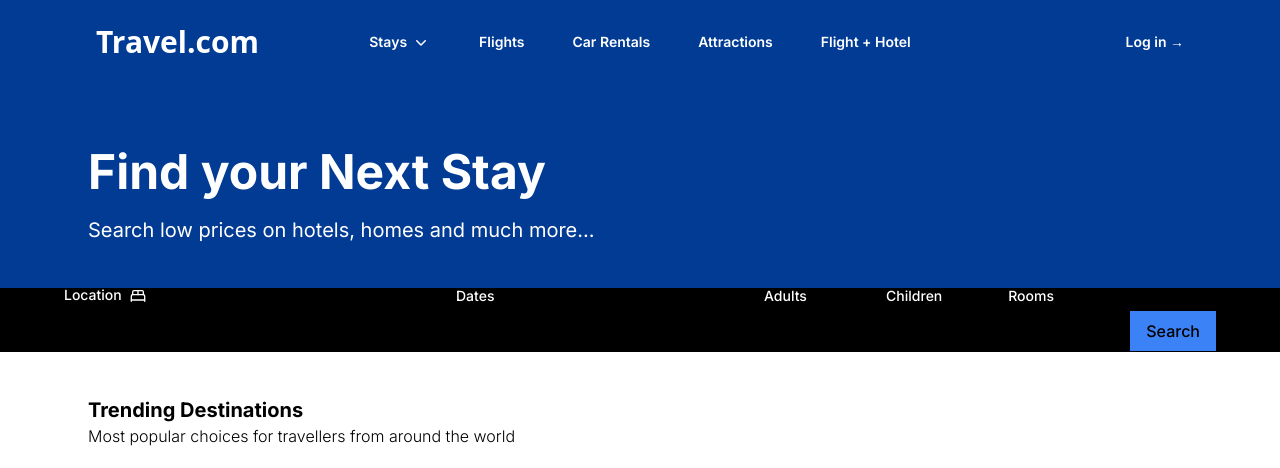
Repository: Qu4ntumGuy/booking
Page: /
An editor plug-in stored every save of this project. The page is shown before and after the next save, followed by the edit.
The browser window is 1280 px wide. The pictures show the part of the page from y = 0 to 468 px (the page is 920 px tall).
Pictures or frames that could not be fetched are drawn as grey boxes. The project was rebuilt for these pictures with package versions that can differ from the ones it lists, and the page was loaded fresh each time. The framework's server and built-in components were replaced by stand-ins that run in the browser. Also part of the build but not shown: next.config.mjs, components/ui/calendar.tsx.

Above is the page before, as saved 2024-07-03 16:28:10.

### app/layout.tsx
import type { Metadata } from "next";
import { Inter } from "next/font/google";
import "./globals.css";
import Header from "@/components/Header";

const inter = Inter({ subsets: ["latin"] });

export const metadata: Metadata = {
  title: "Travel-App",
  description: "Generated by create next app",
};

export default function RootLayout({
  children,
}: Readonly<{
  children: React.ReactNode;
}>) {
  return (
    <html lang="en">
      <body className={inter.className}>
      <Header />

        {children}</body>
    </html>
  );
}

### app/page.tsx
import Image from "next/image";
import { trending_data } from "@/data/trending";
import SearchForm from "@/components/SearchForm";

export default function Home() {
  return (
    <main className="">
      <section className="bg-[#013B94]">
        <div className="max-w-6xl mx-auto py-16 p-6">
          <h2 className="font-bold text-5xl text-white">Find your Next Stay</h2>
          <h3 className="text-white py-5 text-xl">
            Search low prices on hotels, homes and much more...
          </h3>
        </div>
      </section>

      <section className="bg-[#013B94] lg:bg-current -mb-5 lg:mb-0 lg:-mt-10 px-2 lg:px-4">
        <SearchForm />
      </section>
      <section className="mx-auto mb-10 max-w-6xl p-6 bg-white rounded-t-lg">
        <div className="pt-5">
          <h3 className="text-xl font-bold">Trending Destinations</h3>
          <p className="font-light">
            Most popular choices for travellers from around the world
          </p>
        </div>

        <div className="flex space-x-4 py-5 overflow-x-scroll">
          {trending_data.map((item) => (
            <div key={item.id} className="space-y-1 shrink-0 cursor-pointer">
              <img
                key={item.id}
                className="w-80 h-72 object-cover rounded-lg pb-2"
                src={item.src}
                alt=""
              />

              <p className="font-bold">{item.title}</p>
              <p className="">{item.location}</p>
              <p className="font-light text-sm">{item.description}</p>
            </div>
          ))}
        </div>
      </section>
    </main>
  );
}

### data/trending.ts
export const trending_data = [
    {
      id: 1,
      src: "https://r-xx.bstatic.com/xdata/images/city/526x420/977220.jpg?k=ee4b7b42c35b8cbf09c8ddb7630092b40cd706fec153c41904ed6e252a883938&o=",
      title: "Dubai",
      location: "United Arab Emirates",
      description: "15 Deals",
    },
    {
      id: 2,
      src: "https://cf.bstatic.com/xdata/images/xphoto/540x405/288594543.webp?k=7a96a2b4190146f63068bd0604a916c0c885c4899a527e24a9b39487d4ae50b8&o=",
      title: "South Korea",
      location: "Asia",
      description: "32 Deals",
    },
    {
      id: 3,
      src: "https://cf.bstatic.com/xdata/images/xphoto/540x405/289320924.webp?k=99a00f2907495aaeb6396695c053e3d8b95fb05619b10e76c89fb1f7d1fec427&o=",
      title: "London",
      location: "United Kingdom",
      description: "45 Deals",
    },
    {
      id: 4,
      src: "https://cf.bstatic.com/xdata/images/xphoto/540x405/290483794.webp?k=916f7bac0ccdb08efcb269ad29cc10816ab66cd1671359066d23d32fb17b5c39&o=",
      title: "Singapore",
      location: "Asia",
      description: "88 Deals",
    },
    {
      id: 5,
      src: "https://cf.bstatic.com/xdata/images/xphoto/540x405/173724501.webp?k=5e8a2353c6cd4efef3c5f992ea36d65598c52f2662d45cedc460d1a6a759109f&o=",
      title: "New York City",
      location: "United States of America",
      description: "92 Deals",
    },
  ];

### components/SearchForm.tsx
"use client";
import { useRouter } from "next/navigation";
import { useForm } from "react-hook-form";
import { zodResolver } from "@hookform/resolvers/zod";
import * as z from "zod";
import { Button } from "@/components/ui/button";
import { BedDoubleIcon, CalendarIcon } from "lucide-react";
import { Popover, PopoverContent, PopoverTrigger } from "./ui/popover";
import { format } from "date-fns";
import {
  Form,
  FormControl,
  FormDescription,
  FormField,
  FormItem,
  FormLabel,
  FormMessage,
} from "@/components/ui/form";
import { Input } from "@/components/ui/input";
import { Calendar } from "./ui/calendar";
import { cn } from "@/lib/utils";

export const formSchema = z.object({
  location: z.string().min(2).max(50),
  dates: z.object({
    from: z.date(),
    to: z.date(),
  }),
  adults: z
    .string()
    .min(1, {
      message: "Please select at least 1 adult",
    })
    .max(12, { message: "Max 12 adults Occupancy" }),
  children: z.string().min(0).max(12, {
    message: "Max 12 children Occupancy",
  }),
  rooms: z.string().min(1, {
    message: "Please select at least 1 room",
  }),
});

function SearchForm() {
  const router = useRouter();
  const form = useForm<z.infer<typeof formSchema>>({
    resolver: zodResolver(formSchema),
    defaultValues: {
      location: "",
      dates: {
        from: undefined,
        to: undefined,
      },
      adults: "1",
      children: "0",
      rooms: "1",
    },
  });

  function onSubmit(values: z.infer<typeof formSchema>) {
    console.log(values);

    const checkin_monthday = values.dates.from.getDate().toString();
    const checkin_month = (values.dates.from.getMonth() + 1).toString();
    const checkin_year = values.dates.from.getFullYear().toString();
    const checkout_monthday = values.dates.to.getDate().toString();
    const checkout_month = (values.dates.to.getMonth() + 1).toString();
    const checkout_year = values.dates.to.getFullYear().toString();

    const checkin = `${checkin_year}-${checkin_month}-${checkin_monthday}`;
    const checkout = `${checkout_year}-${checkout_month}-${checkout_monthday}`;

    const url = new URL("https://www.booking.com/searchresults.html");
    url.searchParams.set("ss", values.location);
    url.searchParams.set("group_adults", values.adults);
    url.searchParams.set("group_children", values.children);
    url.searchParams.set("no_rooms", values.rooms);
    url.searchParams.set("checkin", checkin);
    url.searchParams.set("checkout", checkout);

    router.push(`/search?url=${url.href}`);
  }

  return (
    <Form {...form}>
      <form
        onSubmit={form.handleSubmit(onSubmit)}
        className="flex flex-col lg:flex-row lg:max-w-6xl lg:mx-auto items-center justify-center space-x-0 lg:space-x-2 space-y-4 lg:space-y-0 rounded-lg"
      >
        <div className="grid w-full lg:max-w-sm items-center gap-1.5">
          <FormField
            control={form.control}
            name="location"
            render={({ field }) => (
              <FormItem>
                <FormLabel className="text-white flex">
                  Location
                  <BedDoubleIcon className="ml-2 h-4 w-4 text-white" />
                </FormLabel>

                <FormControl>
                  <Input placeholder="London, UK" {...field} />
                </FormControl>
                <FormMessage />
              </FormItem>
            )}
          />
        </div>

        <div className="grid w-full lg:max-w-sm flex-1 items-center gap-1.5">
          <FormField
            control={form.control}
            name="dates"
            render={({ field }) => (
              <FormItem className="flex flex-col">
                <FormLabel className="text-white">Dates</FormLabel>

                <Popover>
                  <PopoverTrigger asChild>
                    <FormControl>
                      <Button
                        id="date"
                        name="dates"
                        variant={"outline"}
                        className={cn(
                          "w-full lg:w-[300px] justify-start text-left font-normal",
                          !field.value.from && "text-muted-foreground"
                        )}
                      >
                        <CalendarIcon className="mr-3 h-4 w-4 opacity-50" />
                        {field.value?.from ? (
                          field.value?.to ? (
                            <>
                              {format(field.value?.from, "LLL dd, y")} -{" "}
                              {format(field.value?.to, "LLL dd, y")}
                            </>
                          ) : (
                            format(field.value?.from, "LLL dd, y")
                          )
                        ) : (
                          <span>Select your dates</span>
                        )}
                      </Button>
                    </FormControl>
                  </PopoverTrigger>
                  <PopoverContent className="w-auto p-0" align="start">
                    <Calendar
                      initialFocus
                      mode="range"
                      selected={field.value}
                      defaultMonth={field.value.from}
                      onSelect={field.onChange}
                      numberOfMonths={2}
                      disabled={(date) =>
                        date < new Date(new Date().setHours(0, 0, 0, 0))
                      }
                    />
                  </PopoverContent>
                </Popover>
                <FormMessage />
              </FormItem>
            )}
          />
        </div>
        <div className="flex w-full items-center space-x-2">
          <div className="grid items-center flex-1">
            <FormField
              control={form.control}
              name="adults"
              render={({ field }) => (
                <FormItem className="flex flex-col">
                  <FormLabel className="text-white">Adults</FormLabel>
                  <FormMessage />
                  <FormControl>
                    <Input type="number" placeholder="Adults" {...field} />
                  </FormControl>
                </FormItem>
              )}
            />
          </div>

          <div className="grid items-center flex-1">
            <FormField
              control={form.control}
              name="children"
              render={({ field }) => (
                <FormItem className="flex flex-col">
                  <FormLabel className="text-white">Children</FormLabel>
                  <FormMessage />
                  <FormControl>
                    <Input type="number" placeholder="Children" {...field} />
                  </FormControl>
                </FormItem>
              )}
            />
          </div>

          <div className="grid items-center flex-1">
            <FormField
              control={form.control}
              name="rooms"
              render={({ field }) => (
                <FormItem className="flex flex-col">
                  <FormLabel className="text-white">Rooms</FormLabel>
                  <FormMessage />
                  <FormControl>
                    <Input type="number" placeholder="rooms" {...field} />
                  </FormControl>
                </FormItem>
              )}
            />
          </div>

          <div className="mt-auto">
            <Button type="submit" className="bg-blue-500 text-base">
              Search
            </Button>
          </div>
        </div>
      </form>
    </Form>
  );
}

export default SearchForm;

### components/ui/button.tsx
import * as React from "react"
import { Slot } from "@radix-ui/react-slot"
import { cva, type VariantProps } from "class-variance-authority"

import { cn } from "@/lib/utils"

const buttonVariants = cva(
  "inline-flex items-center justify-center whitespace-nowrap rounded-md text-sm font-medium ring-offset-background transition-colors focus-visible:outline-none focus-visible:ring-2 focus-visible:ring-ring focus-visible:ring-offset-2 disabled:pointer-events-none disabled:opacity-50",
  {
    variants: {
      variant: {
        default: "bg-primary text-primary-foreground hover:bg-primary/90",
        destructive:
          "bg-destructive text-destructive-foreground hover:bg-destructive/90",
        outline:
          "border border-input bg-background hover:bg-accent hover:text-accent-foreground",
        secondary:
          "bg-secondary text-secondary-foreground hover:bg-secondary/80",
        ghost: "hover:bg-accent hover:text-accent-foreground",
        link: "text-primary underline-offset-4 hover:underline",
      },
      size: {
        default: "h-10 px-4 py-2",
        sm: "h-9 rounded-md px-3",
        lg: "h-11 rounded-md px-8",
        icon: "h-10 w-10",
      },
    },
    defaultVariants: {
      variant: "default",
      size: "default",
    },
  }
)

export interface ButtonProps
  extends React.ButtonHTMLAttributes<HTMLButtonElement>,
    VariantProps<typeof buttonVariants> {
  asChild?: boolean
}

const Button = React.forwardRef<HTMLButtonElement, ButtonProps>(
  ({ className, variant, size, asChild = false, ...props }, ref) => {
    const Comp = asChild ? Slot : "button"
    return (
      <Comp
        className={cn(buttonVariants({ variant, size, className }))}
        ref={ref}
        {...props}
      />
    )
  }
)
Button.displayName = "Button"

export { Button, buttonVariants }

### components/ui/popover.tsx
"use client"

import * as React from "react"
import * as PopoverPrimitive from "@radix-ui/react-popover"

import { cn } from "@/lib/utils"

const Popover = PopoverPrimitive.Root

const PopoverTrigger = PopoverPrimitive.Trigger

const PopoverContent = React.forwardRef<
  React.ElementRef<typeof PopoverPrimitive.Content>,
  React.ComponentPropsWithoutRef<typeof PopoverPrimitive.Content>
>(({ className, align = "center", sideOffset = 4, ...props }, ref) => (
  <PopoverPrimitive.Portal>
    <PopoverPrimitive.Content
      ref={ref}
      align={align}
      sideOffset={sideOffset}
      className={cn(
        "z-50 w-72 rounded-md border bg-popover p-4 text-popover-foreground shadow-md outline-none data-[state=open]:animate-in data-[state=closed]:animate-out data-[state=closed]:fade-out-0 data-[state=open]:fade-in-0 data-[state=closed]:zoom-out-95 data-[state=open]:zoom-in-95 data-[side=bottom]:slide-in-from-top-2 data-[side=left]:slide-in-from-right-2 data-[side=right]:slide-in-from-left-2 data-[side=top]:slide-in-from-bottom-2",
        className
      )}
      {...props}
    />
  </PopoverPrimitive.Portal>
))
PopoverContent.displayName = PopoverPrimitive.Content.displayName

export { Popover, PopoverTrigger, PopoverContent }

### components/ui/form.tsx
import * as React from "react"
import * as LabelPrimitive from "@radix-ui/react-label"
import { Slot } from "@radix-ui/react-slot"
import {
  Controller,
  ControllerProps,
  FieldPath,
  FieldValues,
  FormProvider,
  useFormContext,
} from "react-hook-form"

import { cn } from "@/lib/utils"
import { Label } from "@/components/ui/label"

const Form = FormProvider

type FormFieldContextValue<
  TFieldValues extends FieldValues = FieldValues,
  TName extends FieldPath<TFieldValues> = FieldPath<TFieldValues>
> = {
  name: TName
}

const FormFieldContext = React.createContext<FormFieldContextValue>(
  {} as FormFieldContextValue
)

const FormField = <
  TFieldValues extends FieldValues = FieldValues,
  TName extends FieldPath<TFieldValues> = FieldPath<TFieldValues>
>({
  ...props
}: ControllerProps<TFieldValues, TName>) => {
  return (
    <FormFieldContext.Provider value={{ name: props.name }}>
      <Controller {...props} />
    </FormFieldContext.Provider>
  )
}

const useFormField = () => {
  const fieldContext = React.useContext(FormFieldContext)
  const itemContext = React.useContext(FormItemContext)
  const { getFieldState, formState } = useFormContext()

  const fieldState = getFieldState(fieldContext.name, formState)

  if (!fieldContext) {
    throw new Error("useFormField should be used within <FormField>")
  }

  const { id } = itemContext

  return {
    id,
    name: fieldContext.name,
    formItemId: `${id}-form-item`,
    formDescriptionId: `${id}-form-item-description`,
    formMessageId: `${id}-form-item-message`,
    ...fieldState,
  }
}

type FormItemContextValue = {
  id: string
}

const FormItemContext = React.createContext<FormItemContextValue>(
  {} as FormItemContextValue
)

const FormItem = React.forwardRef<
  HTMLDivElement,
  React.HTMLAttributes<HTMLDivElement>
>(({ className, ...props }, ref) => {
  const id = React.useId()

  return (
    <FormItemContext.Provider value={{ id }}>
      <div ref={ref} className={cn("space-y-2", className)} {...props} />
    </FormItemContext.Provider>
  )
})
FormItem.displayName = "FormItem"

const FormLabel = React.forwardRef<
  React.ElementRef<typeof LabelPrimitive.Root>,
  React.ComponentPropsWithoutRef<typeof LabelPrimitive.Root>
>(({ className, ...props }, ref) => {
  const { error, formItemId } = useFormField()

  return (
    <Label
      ref={ref}
      className={cn(error && "text-destructive", className)}
      htmlFor={formItemId}
      {...props}
    />
  )
})
FormLabel.displayName = "FormLabel"

const FormControl = React.forwardRef<
  React.ElementRef<typeof Slot>,
  React.ComponentPropsWithoutRef<typeof Slot>
>(({ ...props }, ref) => {
  const { error, formItemId, formDescriptionId, formMessageId } = useFormField()

  return (
    <Slot
      ref={ref}
      id={formItemId}
      aria-describedby={
        !error
          ? `${formDescriptionId}`
          : `${formDescriptionId} ${formMessageId}`
      }
      aria-invalid={!!error}
      {...props}
    />
  )
})
FormControl.displayName = "FormControl"

const FormDescription = React.forwardRef<
  HTMLParagraphElement,
  React.HTMLAttributes<HTMLParagraphElement>
>(({ className, ...props }, ref) => {
  const { formDescriptionId } = useFormField()

  return (
    <p
      ref={ref}
      id={formDescriptionId}
      className={cn("text-sm text-muted-foreground", className)}
      {...props}
    />
  )
})
FormDescription.displayName = "FormDescription"

const FormMessage = React.forwardRef<
  HTMLParagraphElement,
  React.HTMLAttributes<HTMLParagraphElement>
>(({ className, children, ...props }, ref) => {
  const { error, formMessageId } = useFormField()
  const body = error ? String(error?.message) : children

  if (!body) {
    return null
  }

  return (
    <p
      ref={ref}
      id={formMessageId}
      className={cn("text-sm font-medium text-destructive", className)}
      {...props}
    >
      {body}
    </p>
  )
})
FormMessage.displayName = "FormMessage"

export {
  useFormField,
  Form,
  FormItem,
  FormLabel,
  FormControl,
  FormDescription,
  FormMessage,
  FormField,
}

### components/ui/input.tsx
import * as React from "react"

import { cn } from "@/lib/utils"

export interface InputProps
  extends React.InputHTMLAttributes<HTMLInputElement> {}

const Input = React.forwardRef<HTMLInputElement, InputProps>(
  ({ className, type, ...props }, ref) => {
    return (
      <input
        type={type}
        className={cn(
          "flex h-10 w-full rounded-md border border-input bg-background px-3 py-2 text-sm ring-offset-background file:border-0 file:bg-transparent file:text-sm file:font-medium placeholder:text-muted-foreground focus-visible:outline-none focus-visible:ring-2 focus-visible:ring-ring focus-visible:ring-offset-2 disabled:cursor-not-allowed disabled:opacity-50",
          className
        )}
        ref={ref}
        {...props}
      />
    )
  }
)
Input.displayName = "Input"

export { Input }

### components/ui/label.tsx
"use client"

import * as React from "react"
import * as LabelPrimitive from "@radix-ui/react-label"
import { cva, type VariantProps } from "class-variance-authority"

import { cn } from "@/lib/utils"

const labelVariants = cva(
  "text-sm font-medium leading-none peer-disabled:cursor-not-allowed peer-disabled:opacity-70"
)

const Label = React.forwardRef<
  React.ElementRef<typeof LabelPrimitive.Root>,
  React.ComponentPropsWithoutRef<typeof LabelPrimitive.Root> &
    VariantProps<typeof labelVariants>
>(({ className, ...props }, ref) => (
  <LabelPrimitive.Root
    ref={ref}
    className={cn(labelVariants(), className)}
    {...props}
  />
))
Label.displayName = LabelPrimitive.Root.displayName

export { Label }

Loaded but not shown: app/globals.css (common file); lib/utils.ts (common file); tailwind.config.ts (common file); components/Header.tsx (267 lines, source omitted)

After the next save:
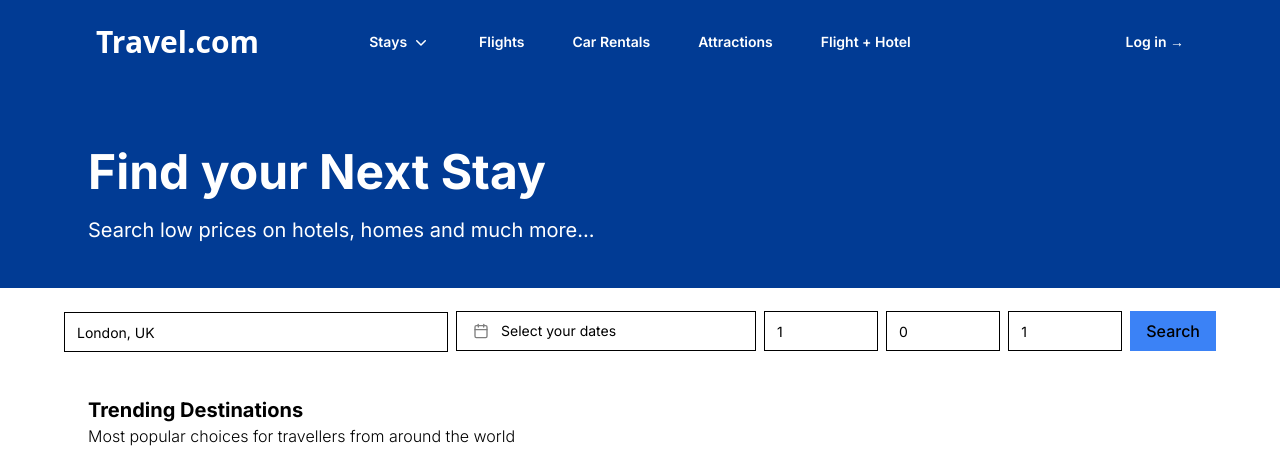
Saved 8 s later.
--- a/app/page.tsx
+++ b/app/page.tsx
@@ -14,7 +14,7 @@ export default function Home() {
         </div>
       </section>
 
-      <section className="bg-[#013B94] lg:bg-current -mb-5 lg:mb-0 lg:-mt-10 px-2 lg:px-4">
+      <section className="bg-[#013B94] lg:bg-white -mb-5 lg:mb-0 lg:-mt-10 px-2 lg:px-4">
         <SearchForm />
       </section>
       <section className="mx-auto mb-10 max-w-6xl p-6 bg-white rounded-t-lg">
